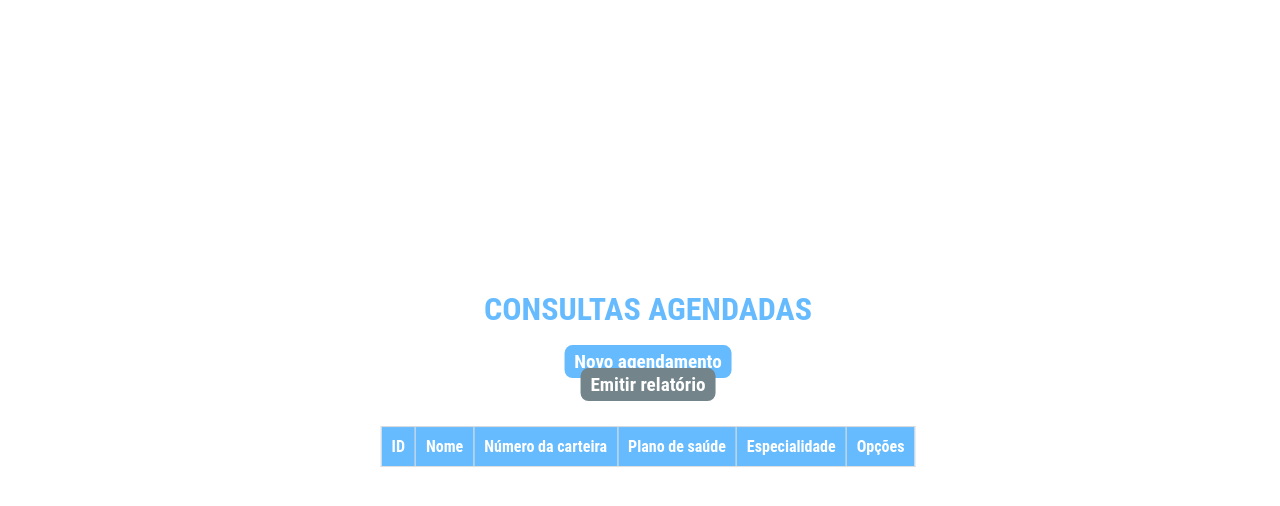
Repository: ohenriquesouza/HospitalCRUD-using-JavaEE
Page: http://localhost/JSP_test/main
An editor plug-in stored every save of this project. The page is shown before and after the next save, followed by the edit.
The browser window is 1280 px wide. The pictures show the whole page.
Some web fonts or font styles are not loaded; a fallback is used. The page is served by Tomcat 10. Other server files are loaded and not shown. Queries for data that is not in the repository find no rows.

Above is the page before, as saved 2022-12-28 14:10:09.

### JSP_test/src/main/webapp/cadastro.jsp
<%@ page language="java" contentType="text/html; charset=utf-8"
    pageEncoding="utf-8"%>
<%@ page import="model.JavaBeans" %>
<%@ page import="java.util.ArrayList" %>
<%
	ArrayList<JavaBeans> consultas = (ArrayList<JavaBeans>) request.getAttribute("consultasAgendadas");
%>
<!DOCTYPE html>
<html lang="pt-br">
<head>
<meta charset="utf-8">
<title>Cadastro de pacientes</title>
<link rel="icon" href="imgs/usericon.png">
<link rel="stylesheet" href="style.css">
</head>
<body>
	<center><h1>CONSULTAS AGENDADAS</h1></center>
	<center><a class="botao1" href="novaConsulta.html">Novo agendamento</a></center>
	<center><a href="relatorio" class="botao3">Emitir relatório</a></center>
	<table id="tabela">
		<thead>
			<tr>
				<th>ID</th>
				<th>Nome</th>
				<th>Número da carteira</th>
				<th>Plano de saúde</th>
				<th>Especialidade</th>
				<th>Opções</th>
			</tr>
		</thead>
		<tbody>
			<%for(int i = 0; i < consultas.size(); i++){ %>
			<tr>
				<td><%=consultas.get(i).getidPaciente() %></td>
				<td><%=consultas.get(i).getnomePaciente() %></td>
				<td><%=consultas.get(i).getnmCarteira() %></td>
				<td><%=consultas.get(i).getPlanSaude() %></td>
				<td><%=consultas.get(i).getespeci() %></td>
				<td><a href="select?idPaciente=<%=consultas.get(i).getidPaciente() %>" class="botao1">Editar</a>
				<a href="javascript: confirmacao(<%=consultas.get(i).getidPaciente() %>)" class="botao2">Remover</a></td>
			</tr>
			<%} %>
		</tbody>



	</table>
	<script src="scripts/confirmacao.js"></script>
</body>
</html>

### JSP_test/src/main/java/controller/Controller.java
package controller;

import java.io.IOException;
import java.util.ArrayList;

import jakarta.servlet.RequestDispatcher;
import jakarta.servlet.ServletException;
import jakarta.servlet.annotation.WebServlet;
import jakarta.servlet.http.HttpServlet;
import jakarta.servlet.http.HttpServletRequest;
import jakarta.servlet.http.HttpServletResponse;
import model.DAO;
import model.JavaBeans;

@WebServlet(urlPatterns = { "/Controller", "/main", "/insert", "/select", "/edit", "/delete" })
@SuppressWarnings("unused")
public class Controller extends HttpServlet {
	private static final long serialVersionUID = 1L;
	DAO dao = new DAO();
	JavaBeans consulta = new JavaBeans();

	public Controller() {
		super();

	}

	protected void doGet(HttpServletRequest request, HttpServletResponse response)
			throws ServletException, IOException {

		String action = request.getServletPath();
		System.out.println(action);
		if (action.equals("/main")) {
			consultas(request, response);
		} else if (action.equals("/insert")) {
			novoAgendamento(request, response);
		} else if (action.equals("/select")) {
			listarConsultas(request, response);
		} else if (action.equals("/edit")) {
			editarConsulta(request, response);
		} else if (action.equals("/delete")) {
			removeConsulta(request, response);
		} else {
			response.sendRedirect("index.html");
		}
	}

	protected void consultas(HttpServletRequest request, HttpServletResponse response)
			throws ServletException, IOException {

		ArrayList<JavaBeans> consultas = dao.visualizarConsultas();
		request.setAttribute("consultasAgendadas", consultas);
		RequestDispatcher rd = request.getRequestDispatcher("cadastro.jsp");
		rd.forward(request, response);
	}

	protected void novoAgendamento(HttpServletRequest request, HttpServletResponse response)
			throws ServletException, IOException {

		// System.out.println(request.getParameter("nome"));
		// System.out.println(request.getParameter("NmCarteira"));
		// System.out.println(request.getParameter("plan"));
		// System.out.println(request.getParameter("especs"));

		consulta.setnomePaciente(request.getParameter("nome"));
		consulta.setnmCarteira(request.getParameter("NmCarteira"));
		consulta.setPlanSaude(request.getParameter("plan"));
		consulta.setespeci(request.getParameter("especs"));

		dao.agendarConsulta(consulta);
		response.sendRedirect("main");
	}

	protected void listarConsultas(HttpServletRequest request, HttpServletResponse response)
			throws ServletException, IOException {

		String idPacienteAux = request.getParameter("idPaciente");
		consulta.setidPaciente(idPacienteAux);
		dao.selecionaConsulta(consulta);
		request.setAttribute("idPaciente", consulta.getidPaciente());
		request.setAttribute("nome", consulta.getnomePaciente());
		request.setAttribute("NmCarteira", consulta.getnmCarteira());
		request.setAttribute("plan", consulta.getPlanSaude());
		request.setAttribute("espcs", consulta.getespeci());
		RequestDispatcher rd = request.getRequestDispatcher("edit.jsp");
		rd.forward(request, response);
	}

	protected void editarConsulta(HttpServletRequest request, HttpServletResponse response)
			throws ServletException, IOException {
		// System.out.println(request.getParameter("iduser"));
		// System.out.println(request.getParameter("nome"));
		// System.out.println(request.getParameter("NmCarteira"));
		// System.out.println(request.getParameter("plan"));
		// System.out.println(request.getParameter("especs"));

		consulta.setidPaciente(request.getParameter("iduser"));
		consulta.setnomePaciente(request.getParameter("nome"));
		consulta.setnmCarteira(request.getParameter("NmCarteira"));
		consulta.setPlanSaude(request.getParameter("plan"));
		consulta.setespeci(request.getParameter("especs"));
		dao.alteraConsulta(consulta);
		response.sendRedirect("main");
	}

	protected void removeConsulta(HttpServletRequest request, HttpServletResponse response)
			throws ServletException, IOException {

			String idRemover = request.getParameter("idPaciente");
			consulta.setidPaciente(idRemover);
			dao.removeConsulta(consulta);
			response.sendRedirect("main");
	}
}

### JSP_test/src/main/webapp/style.css
@charset "utf-8";
@import url('https://fonts.googleapis.com/css2?family=Roboto+Condensed:wght@300&display=swap');
body{
    position: absolute;
    top: 50%;
    left: 50%;
    transform: translate(-50%, -50%);
	font-size: 1em;
	font-weight: 400;
	font-family: 'Roboto Condensed', sans-serif;
}
h1{
	color: #66bbff;
}
.botao1{
	text-decoration: none;
	background-color: #66bbff;
	padding: 5px 10px 5px 10px;
	color: #fff;
	font-size: 1.2em;
	font-weight: 700;
	border-radius: 8px;
	cursor: pointer;
}
.botao2{
	text-decoration: none;
	background-color: #DB4437;
	padding: 5px 10px 5px 10px;
	color: #fff;
	font-size: 1.2em;
	font-weight: 700;
	border-radius: 8px;
	cursor: pointer;
}
.botao3{
	text-decoration: none;
	background-color: #74848b;
	padding: 5px 10px 5px 10px;
	color: #fff;
	font-size: 1.2em;
	font-weight: 700;
	border-radius: 8px;
	cursor: pointer;
}
 .box{
                position: absolute;
                top: 50%;
                left: 50%;
                transform: translate(-50%, -50%);
                padding: 15px;
                border-radius: 10px;
}
#tabela{
	margin-top: 30px;
	border-collapse: collapse;
}
#tabela th{
	border: 1px solid #ddd;
	padding: 10px;
	text-align: left;
	background-color: #66bbff;
	color:#fff;
}
#tabela td{
	border: 1px solid #ddd;
	padding: 10px;
}

### JSP_test/src/main/webapp/scripts/confirmacao.js
function confirmacao(idPaciente){
	let retorno = confirm("Tem certeza que deseja excluir este agendamento permanentemente?")
	if(retorno == true){
		window.location.href="delete?idPaciente=" + idPaciente
	}
}

After the next save:
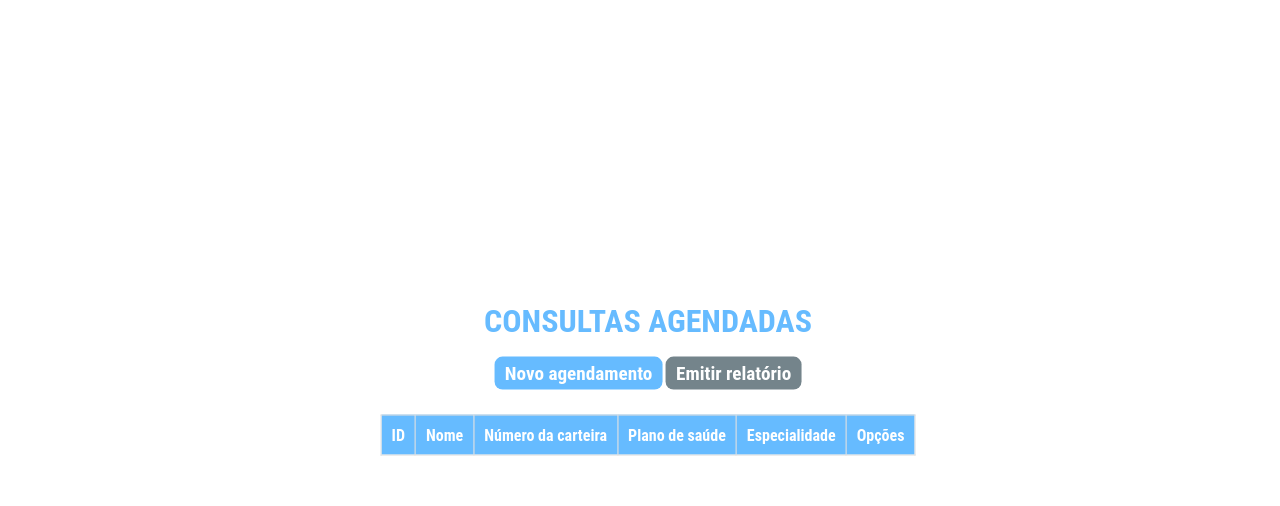
Saved 20 s later.
--- a/JSP_test/src/main/webapp/cadastro.jsp
+++ b/JSP_test/src/main/webapp/cadastro.jsp
@@ -15,8 +15,8 @@
 </head>
 <body>
 	<center><h1>CONSULTAS AGENDADAS</h1></center>
-	<center><a class="botao1" href="novaConsulta.html">Novo agendamento</a></center>
-	<center><a href="relatorio" class="botao3">Emitir relatório</a></center>
+	<center><a class="botao1" href="novaConsulta.html">Novo agendamento</a>
+	<a href="relatorio" class="botao3">Emitir relatório</a></center>
 	<table id="tabela">
 		<thead>
 			<tr>
